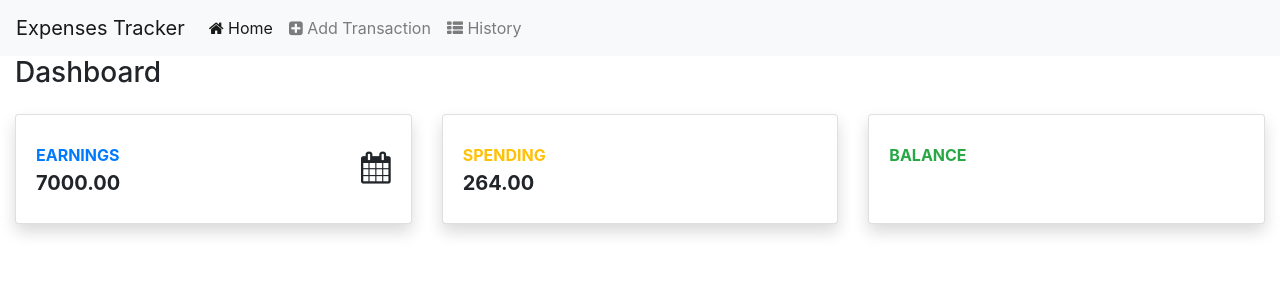
Repository: yucheng91/CI3-expenses-manager
Page: http://localhost/home
The author's editor kept a record of every edit. The page is drawn from the files as they stood at one moment, then again after the next edit.
The browser window is 1280 px wide. The pictures show the whole page.
The page is served by the project's application, run on Flask 3 (app.py). The database holds what the project's SQL file puts in it.

Above is the page before.

After the next edit:
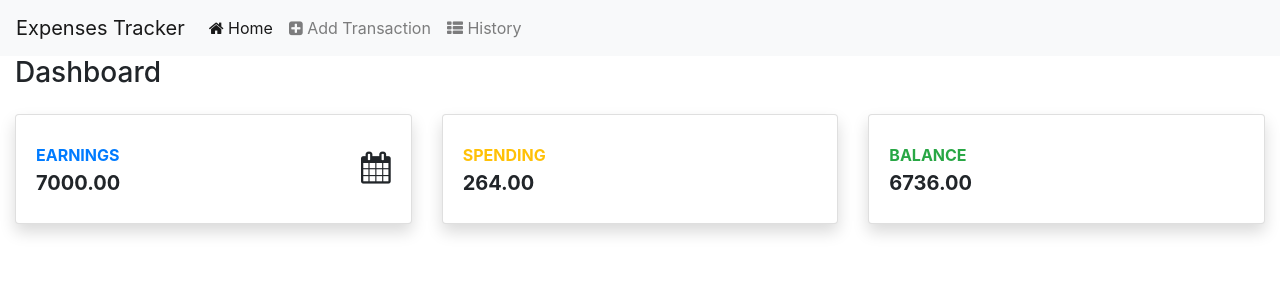
The edit:
--- a/templates/index.html
+++ b/templates/index.html
@@ -90,7 +90,7 @@
                   <div class="row no-gutters align-items-center">
                     <div class="col mr-2">
                       <div class="text-xs font-weight-bold text-success text-uppercase mb-1">Balance</div>
-                      <div class="h5 mb-0 font-weight-bold text-gray-800"></div>
+                      <div class="h5 mb-0 font-weight-bold text-gray-800">{{balance['balance']}}</div>
                     </div>
                     <div class="col-auto">
                       <i class="fa fa-dollar-sign fa-2x text-gray-300"></i>
